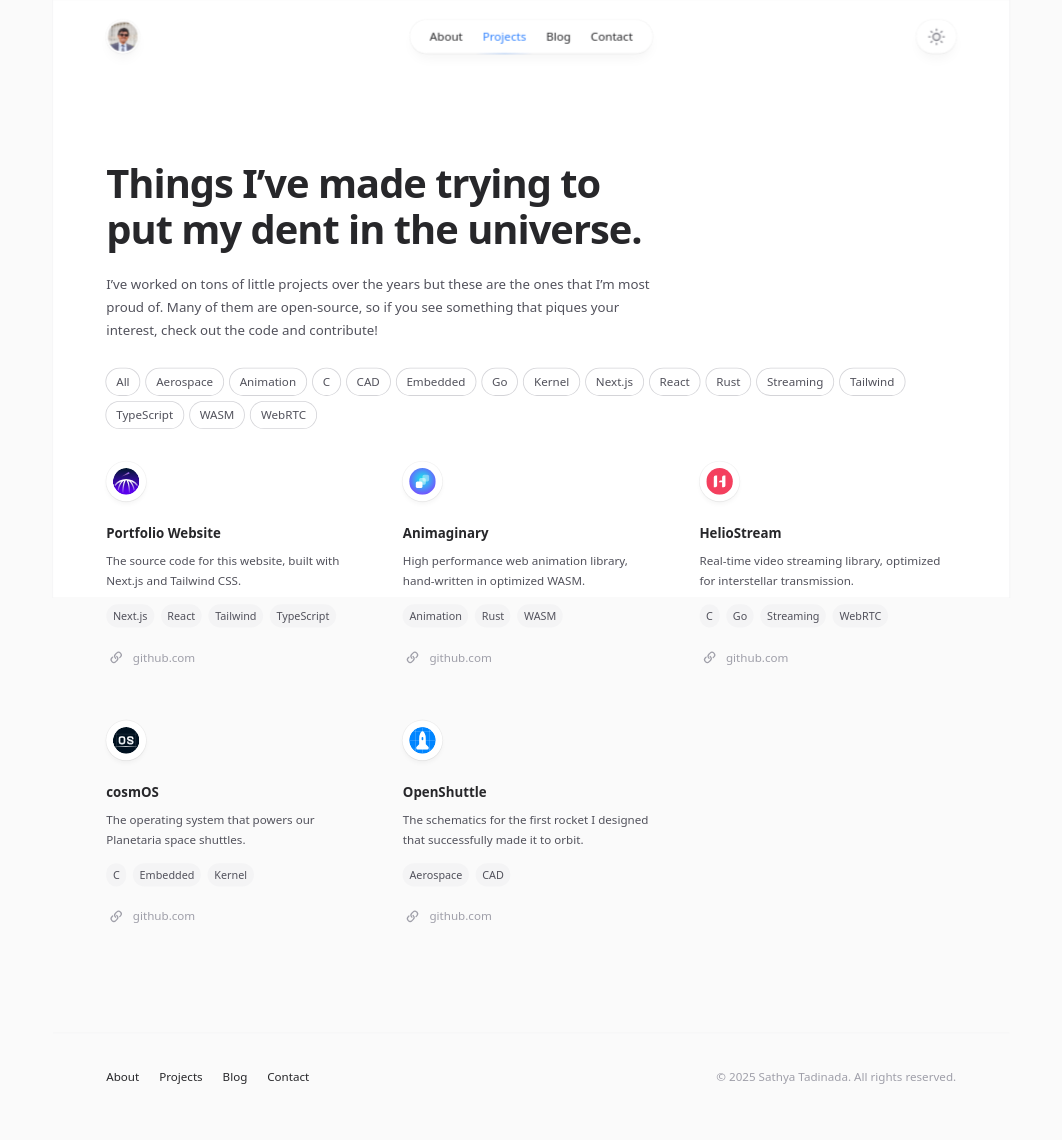
Repository: willwlee/chen3701
Page: /projects
An editor plug-in stored every save of this project. The page is shown before and after the next save, followed by the edit.
The browser window is 1280 px wide. The pictures show the whole page, at 83% of full size.
The page's requests for data from a server got no answer. The project was rebuilt for these pictures with package versions that can differ from the ones it lists, and the page was loaded fresh each time. The framework's server and built-in components were replaced by stand-ins that run in the browser. No one was signed in, and anything a server would have sent is missing. Also part of the build but not shown: next.config.mjs.

Above is the page before, as saved 2025-08-24 17:03:51.

After the next save:
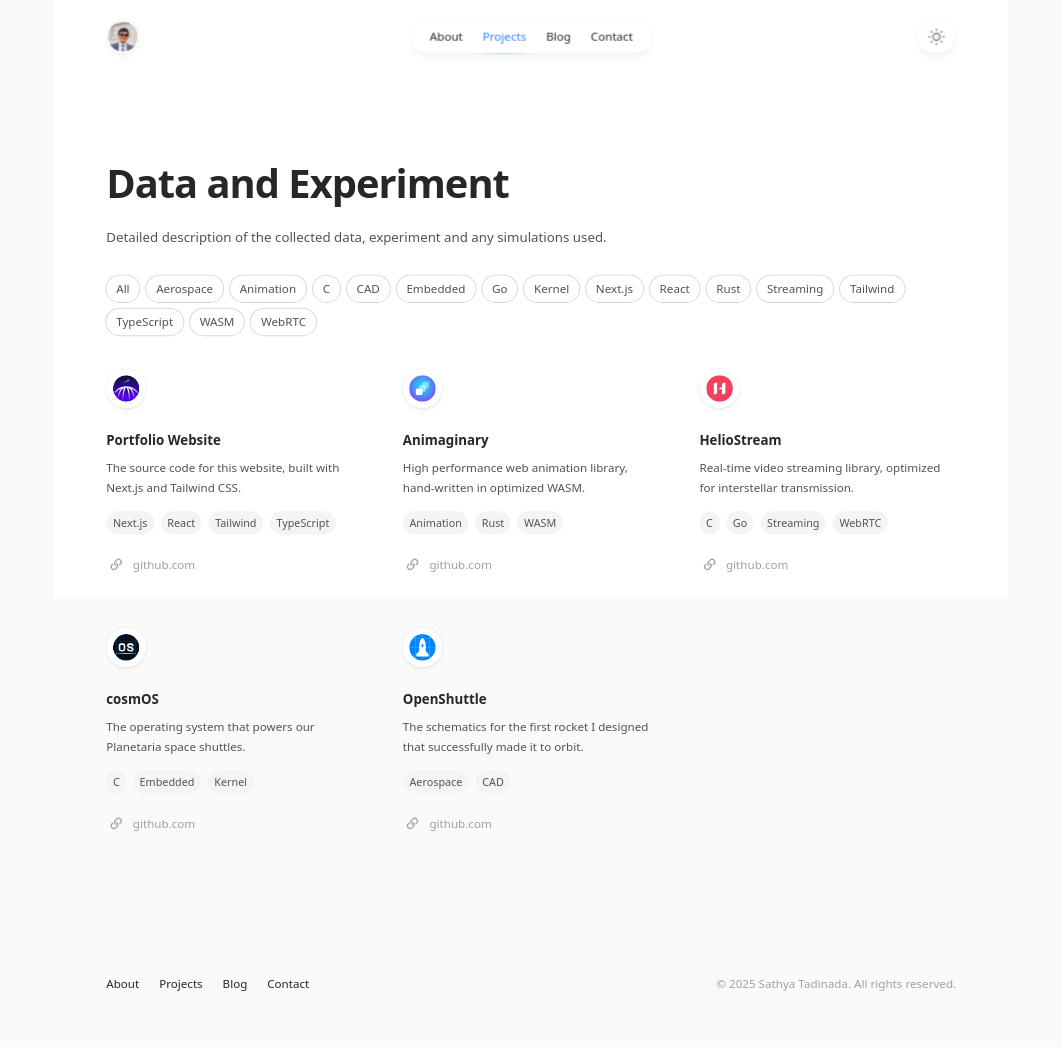
Saved 108 s later.
--- a/src/app/projects/page.tsx
+++ b/src/app/projects/page.tsx
@@ -116,7 +116,7 @@ function LinkIcon(props: React.ComponentPropsWithoutRef<'svg'>) {
 
 export const metadata: Metadata = {
   title: 'Data/Experiment',
-  description: 'Data and Experiment',
+  description: 'Data and Experiment Section',
 }
 
 export default async function Projects({
@@ -137,8 +137,8 @@ export default async function Projects({
 
   return (
     <SimpleLayout
-      title="Things I’ve made trying to put my dent in the universe."
-      intro="I’ve worked on tons of little projects over the years but these are the ones that I’m most proud of. Many of them are open-source, so if you see something that piques your interest, check out the code and contribute!"
+      title="Data and Experiment"
+      intro="Detailed description of the collected data, experiment and any simulations used."
       gapClass="mt-12 sm:mt-8"
     >
       {/* filter bar */}
